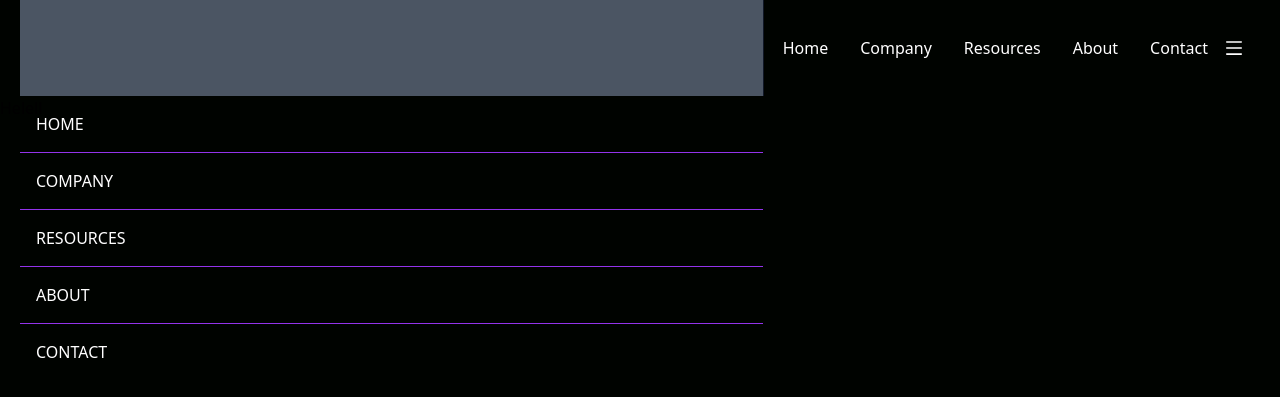
Repository: OmniaRafat232111121/tailwindreact
Page: /
An editor plug-in stored every save of this project. The page is shown before and after a run of saves, followed by the edit.
The browser window is 1280 px wide. The pictures show the whole page.
The project was rebuilt for these pictures with package versions that can differ from the ones it lists, and the page was loaded fresh each time.

Above is the page before, as saved 2022-09-11 01:53:01.

### src/index.js
import React from 'react';
import ReactDOM from 'react-dom/client';
import './index.css';
import App from './App';
import 'animate.css';
const root = ReactDOM.createRoot(document.getElementById('root'));
root.render(
  <React.StrictMode>
    <App />
  </React.StrictMode>
);

### src/App.js
import React from 'react';
// import Analytics from './components/Analytics';
// import Cards from './components/Cards';
// import Footer from './components/Footer';
// import Hero from './components/Hero';
import Navbar from './components/Navbar';
// import Newsletter from './components/Newsletter';

function App() {
  return (
    <div>
      <Navbar />
       <h1>Helell</h1>
    </div>
  );
}

export default App;

### src/components/Navbar.jsx
import React, { useState } from 'react';
import { AiOutlineClose, AiOutlineMenu } from 'react-icons/ai';

const Navbar = () => {
  const [nav, setNav] = useState(false);


  return (
    <div className=' animate__animated animate__animated animate__backInRight flex justify-around items-center  text-white h-24 max-w-[1240px] px-4 mx-auto'>
      <h1 className='w-full text-3xl font-bold text-purple-600'>REACT.</h1>
      <ul className='hidden md:flex'>
        <li className='p-4 border-purple-600  hover:border-b-2 '>Home</li>
        <li className='p-4 border-purple-600  hover:border-b-2'>Company</li>
        <li className='p-4 border-purple-600  hover:border-b-2 '>Resources</li>
        <li className='p-4 border-purple-600  hover:border-b-2'>About</li>
        <li className='p-4 border-purple-600  hover:border-b-2 '>Contact</li>
      </ul>
    <div>
    <AiOutlineMenu size={20}/>
    </div>
    <div  className='fixed left-0 top-0 w-[60%] h-full border-r border-r-gray-900 bg-gray-600'>
    <ul className='pt-24 uppercase' >
      <li className='p-4 border-b border-purple-600'>Home</li>
      <li className='p-4 border-b border-purple-600'>Company</li>
      <li className='p-4 border-b border-purple-600'>Resources</li>
      <li className='p-4 border-b border-purple-600'>About</li>
      <li className='p-4'>Contact</li>
    </ul>
    </div>

    </div>
  );
};

export default Navbar;

Loaded but not shown: public/index.html (common file); src/index.css (common file); tailwind.config.js (common file)

After the next 8 saves:
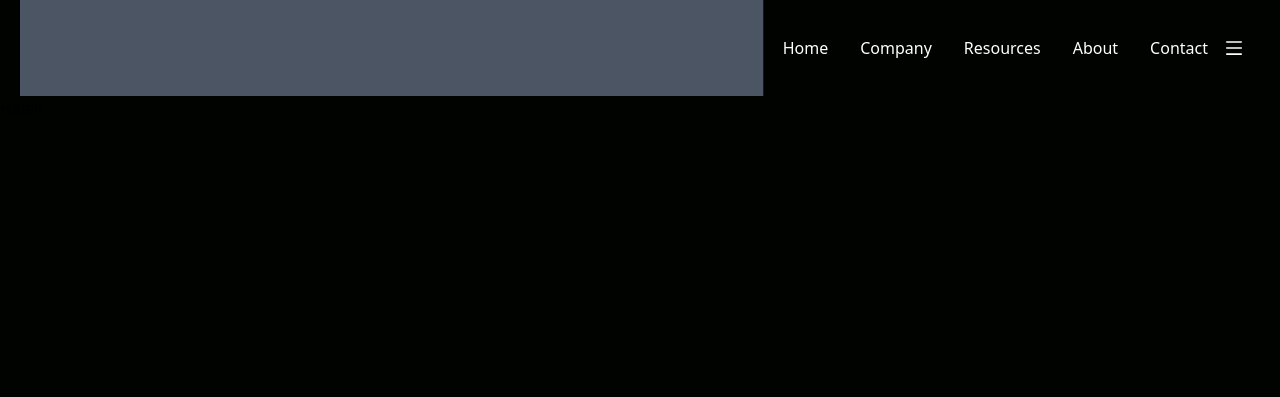
The 8 saves are shown as one change because they came seconds apart.
The last was saved 60 s later.
--- a/src/components/Navbar.jsx
+++ b/src/components/Navbar.jsx
@@ -19,14 +19,15 @@ const Navbar = () => {
     <AiOutlineMenu size={20}/>
     </div>
     <div  className='fixed left-0 top-0 w-[60%] h-full border-r border-r-gray-900 bg-gray-600'>
-    <ul className='pt-24 uppercase' >
-      <li className='p-4 border-b border-purple-600'>Home</li>
-      <li className='p-4 border-b border-purple-600'>Company</li>
-      <li className='p-4 border-b border-purple-600'>Resources</li>
-      <li className='p-4 border-b border-purple-600'>About</li>
+    <ul className={nav ? 'fixed left-0 top-0 w-[60%] h-full border-r border-r-gray-900 bg-[#000300] ease-in-out duration-500' : 'ease-in-out duration-500 fixed left-[-100%]'}>
+    <h1 className='w-full text-3xl font-bold text-purple-600 m-4'>REACT.</h1>
+      <li className='p-4 border-b border-gray-600'>Home</li>
+      <li className='p-4 border-b border-gray-600'>Company</li>
+      <li className='p-4 border-b border-gray-600'>Resources</li>
+      <li className='p-4 border-b border-gray-600'>About</li>
       <li className='p-4'>Contact</li>
-    </ul>
-    </div>
+  </ul>
+</div>
 
     </div>
   );
